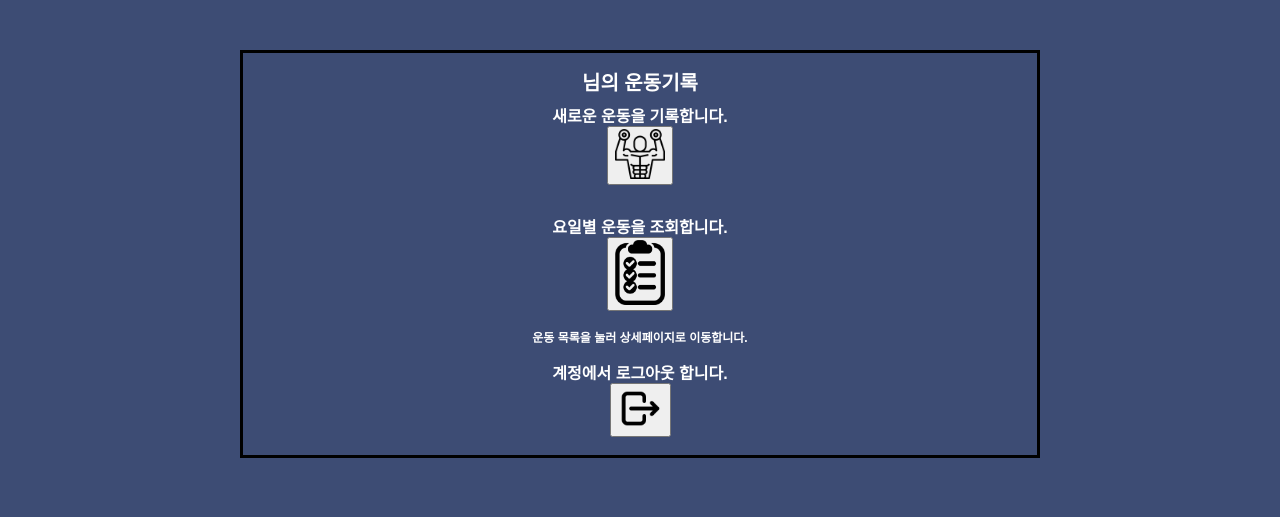
Repository: Up-Min/hrdkorea
Page: http://localhost/jsp_workout/main.jsp
An editor plug-in stored every save of this project. The page is shown before and after a run of saves, followed by the edit.
The browser window is 1280 px wide. The pictures show the whole page.
The page is served by Tomcat 9. Other server files are loaded and not shown. The template is opened directly, without the code that normally fills it, so the values that code supplies are empty.

Above is the page before, as saved 2023-01-02 06:51:23.

### jsp_workout/src/main/webapp/main.jsp
<%@page
	import="org.apache.commons.collections.bag.SynchronizedSortedBag"%>
<%@ page language="java" contentType="text/html; charset=UTF-8"
	pageEncoding="UTF-8"%>
<%@ taglib prefix="c" uri="http://java.sun.com/jsp/jstl/core"%>
<%-- <%@ page import="java.util.*"%>
<%@ page import="DTO.*"%>

<%
List<workout> list1 = (List)request.getAttribute("wklist0");
List<workout> list2 = (List)request.getAttribute("wklist1");
List<workout> list3 = (List)request.getAttribute("wklist2");
List<workout> list4 = (List)request.getAttribute("wklist3");
List<workout> list5 = (List)request.getAttribute("wklist4");
List<workout> list6 = (List)request.getAttribute("wklist5");

%> --%>

<!DOCTYPE html>
<html>
<head>
<meta charset="UTF-8">
<title>Insert title here</title>
<link rel="stylesheet" href="./css/style.css" />
<link rel="stylesheet"
	href="./library/fontawesome-free-6.2.0-web/css/all.min.css">
</head>
<style>
.top {
	text-align: center;
}

.all {
	width: 800px;
	text-align: center;
	color: white;
	border: 3px solid black;
	margin: 0 auto;
	margin-top: 50px;
}

.title {
	margin: 3px;
	font-size: 20px;
}

td {
	padding: 5px;
	font-size: 15px;
	text-align: center;
	margin-left: 3px;
}

hr {
	border: 0px;
}

ul{
list-style: none;
display: flex;
padding: 0;
flex-wrap: wrap;
justify-content: center;
}

/li{
margin-left : 7px;
margin-right : 7px;
width: 31%;
margin-bottom: 10px;
color: black;

/*height: 200px;
background-color: wheat;
display: block; */
}


.wlist{
text-align: center;
margin: 0 auto;
margin-left: 5px;
}

li:hover {
	cursor: pointer;
}

button:hover {
	cursor: pointer;
}

.bla {
	font-size: 12px;
}
</style>
<body style="background-color: rgba(40, 57, 101, .9);">

	<div class="top">




		<div class="all">
			<div class="title">
				<br> <span>${id}님의 운동기록</span> <br>
			</div>
			<hr>
			<div class="content">
				<div class="startwk">
					<form action="start" method="post">
						<input type="hidden" name="id" value="${id}"> <input
							type="hidden" name="num" value="${num}"> <input
							type="hidden" name="pwd" value="${pwd}">
						<p>새로운 운동을 기록합니다.</p>
						<button onclick="chk_form(); return false;">
							<img alt="운동기록" src="./img/workout.png" width="50px">
						</button>
					</form>
				</div>
				<br>
				<hr>
				<div class="listwk">
					<form action="getwk" method="post">
						<input type="hidden" name="id" value="${id}"> <input
							type="hidden" name="num" value="${num}"> <input
							type="hidden" name="pwd" value="${pwd}">
						<p>요일별 운동을 조회합니다.</p>
						<button onclick="chk_form(); return false;">
							<img alt="운동조회" src="./img/list.png" width="50px">
						</button>
					</form>
					<br>
					<ul>

						<li>
							<form action="tolist" method="post">
								<div class="wlist list0">
									<input type="hidden" name="id" value="${id}"> <input
										type="hidden" name="num" value="${num}"> <input
										type="hidden" name="pwd" value="${pwd}"> <input
										type="hidden" name="list" value="${wklist0}">
									<table>
										<c:forEach items="${wklist0}" var="w" varStatus="status">
											<input type=hidden name="${w.wk_number}"
												value="${w.wk_number}">
											<!-- jstl쓰면 굳이 request쓸 필요 없다. (Board board : boardList) -->
											<tr
												onclick="location.href = 'tolist?user_id=${id}&user_pwd=${pwd}&user_num=${num}&wk_no=${w.wk_number}'">
												<td>${w.wk_date}</td>
												<td>${w.ex_name}</td>
											</tr>
										</c:forEach>
									</table>
								</div>
							</form>
						</li>
						<li>
							<form action="tolist" method="post">
								<div class="wlist list1">
									<input type="hidden" name="id" value="${id}"> <input
										type="hidden" name="num" value="${num}"> <input
										type="hidden" name="pwd" value="${pwd}"> <input
										type="hidden" name="list" value="${wklist1}">
									<table>
										<c:forEach items="${wklist1}" var="w" varStatus="status">
											<input type=hidden name="${w.wk_number}"
												value="${w.wk_number}">
											<!-- jstl쓰면 굳이 request쓸 필요 없다. (Board board : boardList) -->
											<tr
												onclick="location.href = 'tolist?user_id=${id}&user_pwd=${pwd}&user_num=${num}&wk_no=${w.wk_number}'">
												<td>${w.wk_date}</td>
												<td>${w.ex_name}</td>
											</tr>
										</c:forEach>
									</table>
								</div>
							</form>
						</li>
						<li>
							<form action="tolist" method="post">
								<div class="wlist list2">
									<input type="hidden" name="id" value="${id}"> <input
										type="hidden" name="num" value="${num}"> <input
										type="hidden" name="pwd" value="${pwd}"> <input
										type="hidden" name="list" value="${wklist2}">
									<table>
										<c:forEach items="${wklist2}" var="w" varStatus="status">
											<input type=hidden name="${w.wk_number}"
												value="${w.wk_number}">
											<!-- jstl쓰면 굳이 request쓸 필요 없다. (Board board : boardList) -->
											<tr
												onclick="location.href = 'tolist?user_id=${id}&user_pwd=${pwd}&user_num=${num}&wk_no=${w.wk_number}'">
												<td>${w.wk_date}</td>
												<td>${w.ex_name}</td>
											</tr>
										</c:forEach>
									</table>
								</div>
							</form>
						</li>
						<li>
							<form action="tolist" method="post">
								<div class="wlist list3">
									<input type="hidden" name="id" value="${id}"> <input
										type="hidden" name="num" value="${num}"> <input
										type="hidden" name="pwd" value="${pwd}"> <input
										type="hidden" name="list" value="${wklist3}">
									<table>
										<c:forEach items="${wklist3}" var="w" varStatus="status">
											<input type=hidden name="${w.wk_number}"
												value="${w.wk_number}">
											<!-- jstl쓰면 굳이 request쓸 필요 없다. (Board board : boardList) -->
											<tr
												onclick="location.href = 'tolist?user_id=${id}&user_pwd=${pwd}&user_num=${num}&wk_no=${w.wk_number}'">
												<td>${w.wk_date}</td>
												<td>${w.ex_name}</td>
											</tr>
										</c:forEach>
									</table>
								</div>
							</form>
						</li>
						<li>
							<form action="tolist" method="post">
								<div class="wlist list4">
									<input type="hidden" name="id" value="${id}"> <input
										type="hidden" name="num" value="${num}"> <input
										type="hidden" name="pwd" value="${pwd}"> <input
										type="hidden" name="list" value="${wklist4}">
									<table>
										<c:forEach items="${wklist4}" var="w" varStatus="status">
											<input type=hidden name="${w.wk_number}"
												value="${w.wk_number}">
											<!-- jstl쓰면 굳이 request쓸 필요 없다. (Board board : boardList) -->
											<tr
												onclick="location.href = 'tolist?user_id=${id}&user_pwd=${pwd}&user_num=${num}&wk_no=${w.wk_number}'">
												<td>${w.wk_date}</td>
												<td>${w.ex_name}</td>
											</tr>
										</c:forEach>
									</table>
								</div>
							</form>
						</li>
						<li>
							<form action="tolist" method="post">
								<div class="wlist list5">
									<input type="hidden" name="id" value="${id}"> <input
										type="hidden" name="num" value="${num}"> <input
										type="hidden" name="pwd" value="${pwd}"> <input
										type="hidden" name="list" value="${wklist5}">
									<table>
										<c:forEach items="${wklist5}" var="w" varStatus="status">
											<input type=hidden name="${w.wk_number}"
												value="${w.wk_number}">
											<!-- jstl쓰면 굳이 request쓸 필요 없다. (Board board : boardList) -->
											<tr
												onclick="location.href = 'tolist?user_id=${id}&user_pwd=${pwd}&user_num=${num}&wk_no=${w.wk_number}'">
												<td>${w.wk_date}</td>
												<td>${w.ex_name}</td>
											</tr>
										</c:forEach>
									</table>
								</div>
							</form>
						</li>
					</ul>
					<p class="bla">운동 목록을 눌러 상세페이지로 이동합니다.</p>
					<br>
					<p>계정에서 로그아웃 합니다.</p>
					<div class="logout-btn">
						<button onclick="logout(); return false;">
							<img alt="로그아웃" src="./img/logout.png" width="45px">
						</button>
					</div>
					<br>


				</div>
			</div>
		</div>
	</div>

	<%-- 	<form action="tolist" method="post">





		<input type="hidden" name="id" value="${id}"> <input
			type="hidden" name="num" value="${num}">
		<p>회원아이디 ${id} 님.
		<p>전체 운동을 조회합니다.</p>
		<button onclick="chk_form(); return false;">버튼 테스트</button>
	</form> --%>



	<%-- 	<table>
		<c:forEach items="${wklist1}" var="w" varStatus="status">
			<input type=hidden value="${w.wk_number}">
			<!-- jstl쓰면 굳이 request쓸 필요 없다. (Board board : boardList) -->
			<tr>
				<td>${w.wk_date}</td>
				<td>${w.wk_part}</td>
				<td>${w.ex_name}</td>
				<td>${w.ex_weight}</td>
				<td>${w.ex_reps}</td>
				<td>${w.ex_sets}</td>
			</tr>
		</c:forEach>
	</table>
		<table>
		<c:forEach items="${wklist2}" var="w" varStatus="status">
			<input type=hidden value="${w.wk_number}">
			<!-- jstl쓰면 굳이 request쓸 필요 없다. (Board board : boardList) -->
			<tr>
				<td>${w.wk_date}</td>
				<td>${w.wk_part}</td>
				<td>${w.ex_name}</td>
				<td>${w.ex_weight}</td>
				<td>${w.ex_reps}</td>
				<td>${w.ex_sets}</td>
			</tr>
		</c:forEach>
	</table>
		<table>
		<c:forEach items="${wklist3}" var="w" varStatus="status">
			<input type=hidden value="${w.wk_number}">
			<!-- jstl쓰면 굳이 request쓸 필요 없다. (Board board : boardList) -->
			<tr>
				<td>${w.wk_date}</td>
				<td>${w.wk_part}</td>
				<td>${w.ex_name}</td>
				<td>${w.ex_weight}</td>
				<td>${w.ex_reps}</td>
				<td>${w.ex_sets}</td>
			</tr>
		</c:forEach>
	</table>
		<table>
		<c:forEach items="${wklist4}" var="w" varStatus="status">
			<input type=hidden value="${w.wk_number}">
			<!-- jstl쓰면 굳이 request쓸 필요 없다. (Board board : boardList) -->
			<tr>
				<td>${w.wk_date}</td>
				<td>${w.wk_part}</td>
				<td>${w.ex_name}</td>
				<td>${w.ex_weight}</td>
				<td>${w.ex_reps}</td>
				<td>${w.ex_sets}</td>
			</tr>
		</c:forEach>
	</table>
		<table>
		<c:forEach items="${wklist5}" var="w" varStatus="status">
			<input type=hidden value="${w.wk_number}">
			<!-- jstl쓰면 굳이 request쓸 필요 없다. (Board board : boardList) -->
			<tr>
				<td>${w.wk_date}</td>
				<td>${w.wk_part}</td>
				<td>${w.ex_name}</td>
				<td>${w.ex_weight}</td>
				<td>${w.ex_reps}</td>
				<td>${w.ex_sets}</td>

			</tr>
		</c:forEach>
	</table>


 --%>
	<script type="text/javascript" src="./script.js"></script>
</body>
</html>

### jsp_workout/src/main/webapp/css/style.css
@charset "UTF-8";
@import url('./reset.css');

* { box-sizing: border-box; }
.video-background {
  background: #000;
  position: fixed;
  top: 0; right: 0; bottom: 0; left: 0;
  z-index: -99;
}
.video-foreground,
.video-background iframe {
  position: absolute;
  top: 0;
  left: 0;
  width: 100%;
  height: 100%;
  pointer-events: none;
}
#vidtop-content {
    top: 0;
    color: #fff;
}
.vid-info { position: absolute; top: 0; right: 0; width: 33%; background: rgba(0,0,0,0.3); color: #fff; padding: 1rem; font-family: Avenir, Helvetica, sans-serif; }
.vid-info h1 { font-size: 2rem; font-weight: 700; margin-top: 0; line-height: 1.2; }
.vid-info a { display: block; color: #fff; text-decoration: none; background: rgba(0,0,0,0.5); transition: .6s background; border-bottom: none; margin: 1rem auto; text-align: center; }
@media all and (max-width: 600px) {
.vid-info { width: 50%; padding: .5rem; }
.vid-info h1 { margin-bottom: .2rem; }
}
@media all and (max-width: 500px) {
.vid-info .acronym { display: none; }
}

*,:after,:before{box-sizing:border-box}
.clearfix:after,.clearfix:before{content:'';display:table}
.clearfix:after{clear:both;display:block}
a{color:inherit;text-decoration:none}

.login-wrap{
  width:100%;
  margin:auto;
  max-width:525px;
  min-height:670px;
  position:relative;
  box-shadow:0 12px 15px 0 rgba(0,0,0,.24),0 17px 50px 0 rgba(0,0,0,.19);
}
.login-html{
  width:100%;
  height:100%;
  position:absolute;
  padding:90px 70px 50px 70px;
  background:rgba(40,57,101,.9);
}
.login-html .sign-in-htm,
.login-html .sign-up-htm{
  top:0;
  left:0;
  right:0;
  bottom:0;
  position:absolute;
  transform:rotateY(180deg);
  backface-visibility:hidden;
  transition:all .4s linear;
}
.login-html .sign-in,
.login-html .sign-up,
.login-form .group .check{
  display:none;
}
.login-html .tab,
.login-form .group .label,
.login-form .group .button{
  text-transform:uppercase;
}
.login-html .tab{
  font-size:22px;
  margin-right:15px;
  padding-bottom:5px;
  margin:0 15px 10px 0;
  display:inline-block;
  border-bottom:2px solid transparent;
}
.login-html .sign-in:checked + .tab,
.login-html .sign-up:checked + .tab{
  color:#fff;
  border-color:#1161ee;
}
.login-form{
  min-height:345px;
  position:relative;
  perspective:1000px;
  transform-style:preserve-3d;
}
.login-form .group{
  margin-bottom:15px;
}
.login-form .group .label,
.login-form .group .input,
.login-form .group .button{
  width:100%;
  color:#fff;
  display:block;
}
.login-form .group .input,
.login-form .group .button{
  border:none;
  padding:15px 20px;
  border-radius:25px;
  background:rgba(255,255,255,.1);
}
.login-form .group input[data-type="password"]{
  text-security:circle;
  -webkit-text-security:circle;
}
.login-form .group .label{
  color:#aaa;
  font-size:12px;
}
.login-form .group .button{
  background:#1161ee;
}
.login-form .group label .icon{
  width:15px;
  height:15px;
  border-radius:2px;
  position:relative;
  display:inline-block;
  background:rgba(255,255,255,.1);
}
.login-form .group label .icon:before,
.login-form .group label .icon:after{
  content:'';
  width:10px;
  height:2px;
  background:#fff;
  position:absolute;
  transition:all .2s ease-in-out 0s;
}
.login-form .group label .icon:before{
  left:3px;
  width:5px;
  bottom:6px;
  transform:scale(0) rotate(0);
}
.login-form .group label .icon:after{
  top:6px;
  right:0;
  transform:scale(0) rotate(0);
}
.login-form .group .check:checked + label{
  color:#fff;
}
.login-form .group .check:checked + label .icon{
  background:#1161ee;
}
.login-form .group .check:checked + label .icon:before{
  transform:scale(1) rotate(45deg);
}
.login-form .group .check:checked + label .icon:after{
  transform:scale(1) rotate(-45deg);
}
.login-html .sign-in:checked + .tab + .sign-up + .tab + .login-form .sign-in-htm{
  transform:rotate(0);
}
.login-html .sign-up:checked + .tab + .login-form .sign-up-htm{
  transform:rotate(0);
}

body{
  margin:0;
  color:#6a6f8c;
  background:#c8c8c8;
  font:600 16px/18px 'Open Sans',sans-serif;
}

.all{
	top : 100px;
	width: 800px;

}

ul{
	list-style: none;
}

tr:hover{
	cursor: pointer;
}

.hr{
  height:2px;
  margin:60px 0 50px 0;
  background:rgba(255,255,255,.2);
}
.foot-lnk{
  text-align:center;
}

### jsp_workout/src/main/webapp/css/reset.css
/* 홈페이지 초기화 reset.css */

/* http://meyerweb.com/eric/tools/css/reset/
   v2.0 | 20110126
   License: none (public domain)
*/

html, body, div, span, applet, object, iframe,
h1, h2, h3, h4, h5, h6, p, blockquote, pre,
a, abbr, acronym, address, big, cite, code,
del, dfn, em, img, ins, kbd, q, s, samp,
small, strike, strong, sub, sup, tt, var,
b, u, i, center,
dl, dt, dd, ol, ul, li,
fieldset, form, label, legend,
table, caption, tbody, tfoot, thead, tr, th, td,
article, aside, canvas, details, embed,
figure, figcaption, footer, header, hgroup,
menu, nav, output, ruby, section, summary,
time, mark, audio, video {
	margin: 0;
	padding: 0;
	border: 0;
	font-size: 100%;
	font: inherit;
	vertical-align: baseline;
	font-family: 'Jua', sans-serif;
}
/* HTML5 display-role reset for older browsers */
article, aside, details, figcaption, figure,
footer, header, hgroup, menu, nav, section {
	display: block;
}
body {
	line-height: 1;
}
ol, ul {
	list-style: none;
}
blockquote, q {
	quotes: none;
}
blockquote:before, blockquote:after,
q:before, q:after {
	content: '';
	content: none;
}
table {
	border-collapse: collapse;
	border-spacing: 0;
}

/* 추가 */

a { text-decoration: none !important;
	color: black;
}

header, footer, section {
	box-sizing:border-box;
}

iframe { /* 영상때문에 쓰임. 영상 크기 맞춰둠. */
	width: 100%;
}

### jsp_workout/src/main/webapp/script.js

function signup() {
	var f = document.signup_form;

	if (f.user_id == '') {
		alert("아이디를 입력해 주십시오.");
		return false;
	}
	if (f.user_pwd == '') {
		alert("비밀번호를 입력해 주십시오.");
		return false;
	}
	if (f.user_email == '') {
		alert("이메일 주소를 입력해 주십시오.");
		return false;
	}
	alert("회원가입이 완료 되었습니다.");
	f.submit();
}

function insert() {
	alert("운동 기록이 완료 되었습니다.");
	submit();
}

function chk_delete() {
	const result = confirm("정말 삭제하시겠습니까?");
	if(result){
		alert("삭제가 완료 되었습니다.");
	 submit();
	}
	return false;
}

function chk_cancel(user_id, user_pwd) {
	const result = confirm("하시던 운동을 취소하시겠습니까?");
	if (result) {
		location.href = "/jsp_workout/signin?user_id="+user_id+"&user_pwd="+user_pwd;
	} else {
		return false;
	}
}

function update() {
 	alert("수정이 완료 되었습니다.");
 	submit();
}


function logout(){
	alert("! 로그아웃이 완료 되었습니다 !");
	location.href="/jsp_workout/index";
}

Loaded but not shown: jsp_workout/src/main/webapp/library/fontawesome-free-6.2.0-web/css/all.min.css (library)

After the next 2 saves:
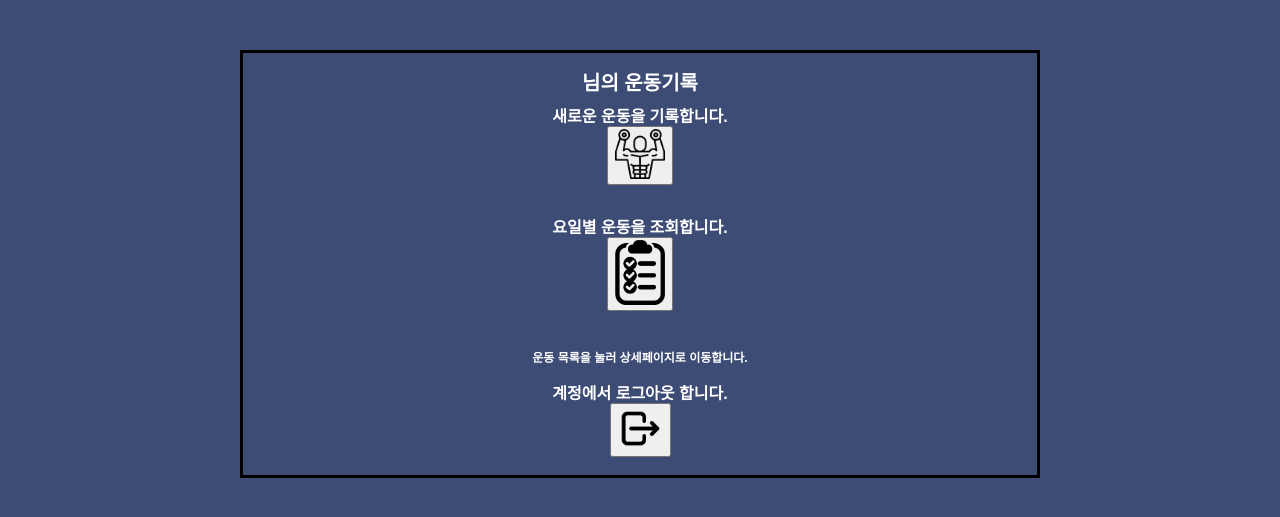
The 2 saves are shown as one change because they came seconds apart.
The last was saved 35 s later.
--- a/jsp_workout/src/main/webapp/main.jsp
+++ b/jsp_workout/src/main/webapp/main.jsp
@@ -63,7 +63,7 @@ flex-wrap: wrap;
 justify-content: center;
 }
 
-/li{
+li{
 margin-left : 7px;
 margin-right : 7px;
 width: 31%;
